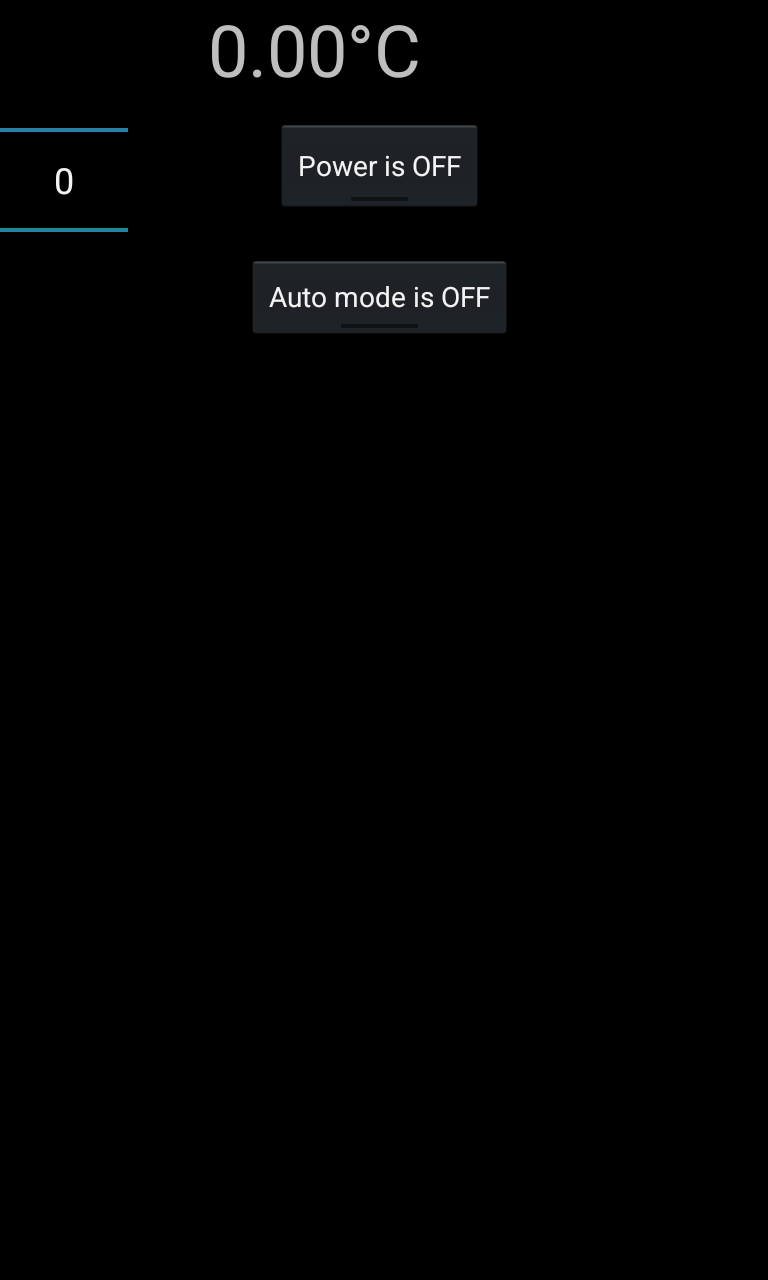
Repository: deanzaka/Embedded-Freezmo
Layout: Embedded-Freezmo/applications/IOIOSimpleApp/res/layout/main.xml
These files come from the project's save history. The layout is drawn as it stood at one moment and after the next save; the edit follows.
It is drawn on a 768 x 1280 px phone screen (xhdpi) without system bars, with theme android:Theme.Holo; the app's code is not run.

Above is the layout before, as saved 2014-06-11 22:35:54.

### Embedded-Freezmo/applications/IOIOSimpleApp/res/layout/main.xml
<?xml version="1.0" encoding="utf-8"?>
<LinearLayout xmlns:android="http://schemas.android.com/apk/res/android"
    android:orientation="vertical"
    android:layout_width="fill_parent"
    android:layout_height="fill_parent">

    <LinearLayout
        android:layout_width="fill_parent"
        android:layout_height="200dp"
        android:orientation="vertical" >

        <LinearLayout
            android:layout_width="fill_parent"
            android:layout_height="wrap_content" >

            <NumberPicker
			    android:id="@+id/userTemp"
			    android:layout_width="wrap_content"
			    android:layout_height="wrap_content"
			    android:layout_alignParentRight="true"
			    android:layout_marginRight="40dp"/>

            <LinearLayout
                android:layout_width="172dp"
                android:layout_height="fill_parent"
                android:orientation="vertical" >

                <LinearLayout
                    android:layout_width="fill_parent"
                    android:layout_height="wrap_content" >

                    <TextView
					    android:id="@+id/TextView"
					    android:layout_width="wrap_content"
					    android:layout_height="wrap_content"
					    android:text="0.00"
					    android:textSize="36sp" />

                    <TextView
					    android:id="@+id/TextView"
					    android:layout_width="wrap_content"
					    android:layout_height="wrap_content"
					    android:text="°C"
					    android:textSize="36sp" />

                </LinearLayout>

				<ToggleButton
					android:id="@+id/ToggleOn"
					android:layout_width="wrap_content"
					android:layout_height="wrap_content"
					android:layout_margin="10dp"
					android:textOff="Power is OFF"
					android:textOn="Power mode is ON"
					android:layout_gravity="center"
					/>

				<ToggleButton
					android:id="@+id/ToggleAuto"
					android:layout_width="wrap_content"
					android:layout_height="wrap_content"
					android:layout_margin="10dp"
					android:textOff="Auto mode is OFF"
					android:textOn="Auto mode is ON"
					android:layout_gravity="center"
					/>
            </LinearLayout>

        </LinearLayout>

    </LinearLayout>

    <LinearLayout
        android:layout_width="fill_parent"
        android:layout_height="wrap_content"
        android:orientation="vertical" >
    </LinearLayout>

	</LinearLayout>

After the next save:
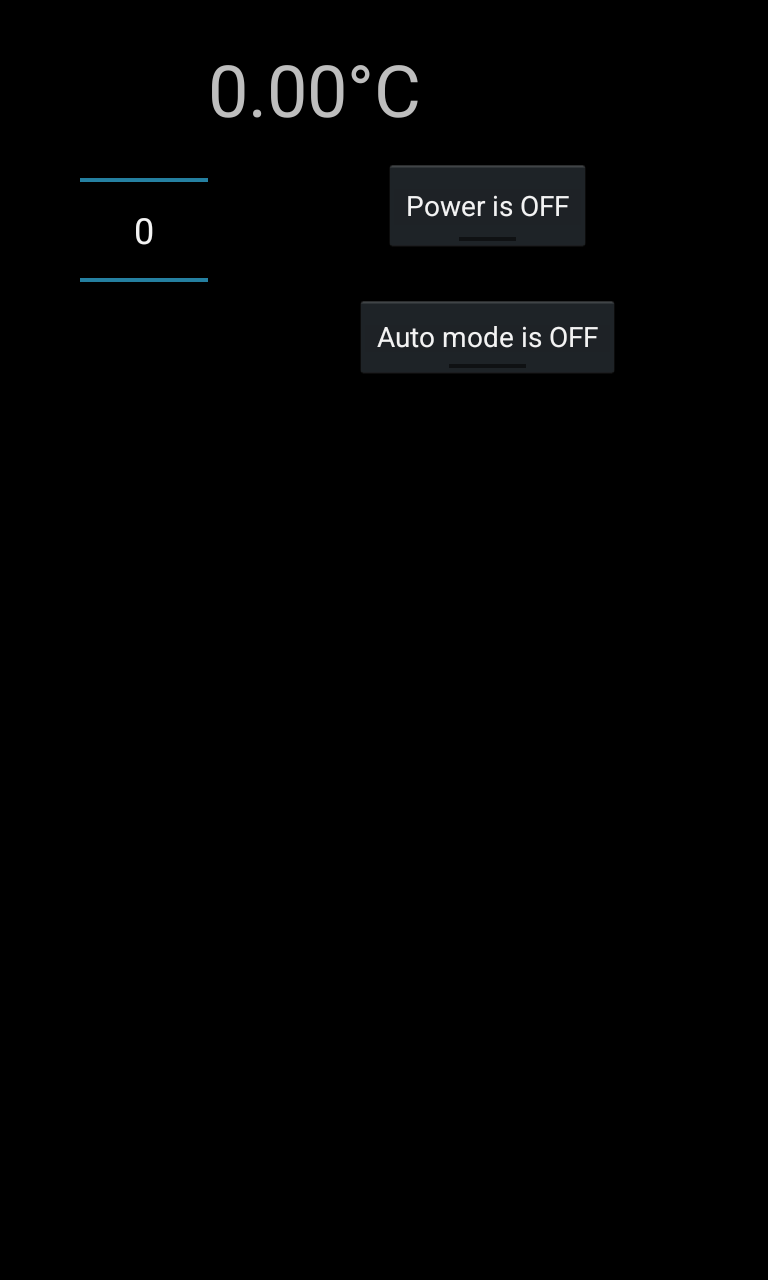
Saved 5 min 44 s later.
--- a/Embedded-Freezmo/applications/IOIOSimpleApp/res/layout/main.xml
+++ b/Embedded-Freezmo/applications/IOIOSimpleApp/res/layout/main.xml
@@ -11,18 +11,19 @@
 
         <LinearLayout
             android:layout_width="fill_parent"
-            android:layout_height="wrap_content" >
+            android:layout_height="fill_parent" >
 
             <NumberPicker
 			    android:id="@+id/userTemp"
 			    android:layout_width="wrap_content"
 			    android:layout_height="wrap_content"
-			    android:layout_alignParentRight="true"
-			    android:layout_marginRight="40dp"/>
+			    android:layout_marginTop="30dp"
+			    android:layout_marginLeft="40dp"/>
 
             <LinearLayout
-                android:layout_width="172dp"
+                android:layout_width="fill_parent"
                 android:layout_height="fill_parent"
+                android:layout_marginTop="20dp"
                 android:orientation="vertical" >
 
                 <LinearLayout
@@ -34,12 +35,14 @@
 					    android:layout_width="wrap_content"
 					    android:layout_height="wrap_content"
 					    android:text="0.00"
+					    android:layout_gravity="right"
 					    android:textSize="36sp" />
 
                     <TextView
 					    android:id="@+id/TextView"
 					    android:layout_width="wrap_content"
 					    android:layout_height="wrap_content"
+					    android:layout_gravity="right"
 					    android:text="°C"
 					    android:textSize="36sp" />
 
